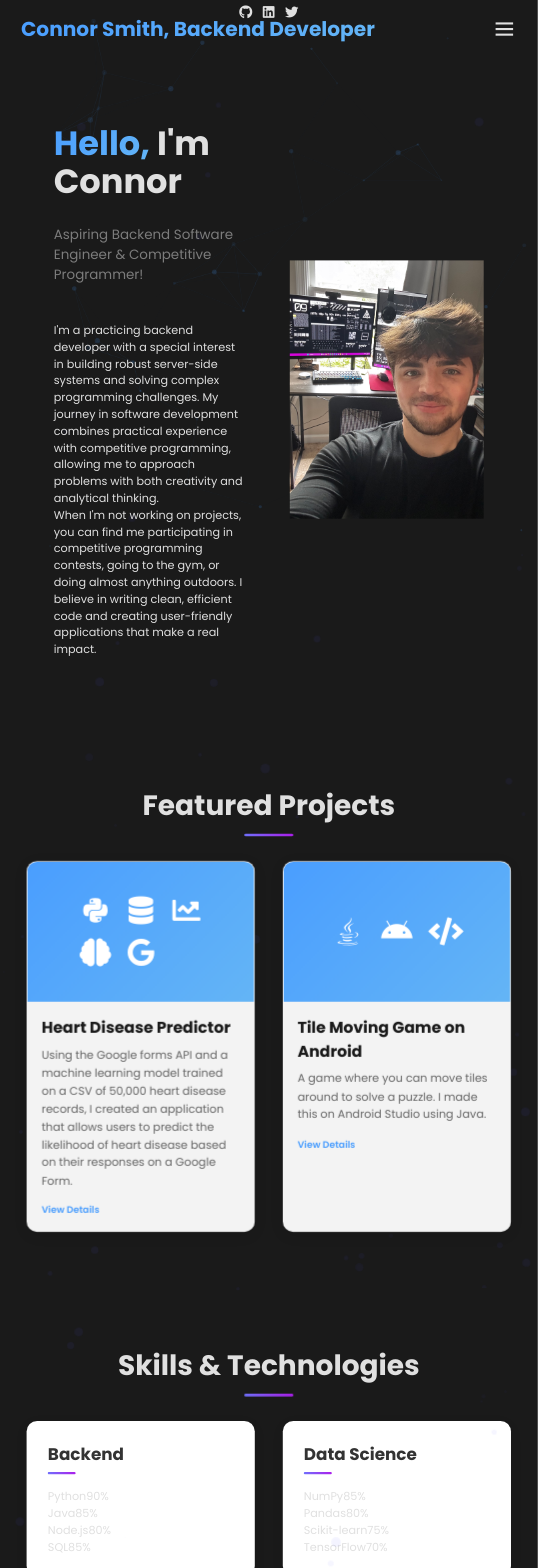
Repository: connorGS9/portfolio-website
Page: /
These files come from the project's save history. The page is drawn as it stood at one moment and after the next save; the edit follows.
The browser window is 768 px wide. The pictures show the part of the page from y = 0 to 2240 px (the page is 4426 px tall before and 5051 px after), at 70% of full size.
The project was rebuilt for these pictures with package versions that can differ from the ones it lists, and the page was loaded fresh each time.

Above is the page before, as saved 2025-06-04 22:58:41.

### public/index.html
<!DOCTYPE html>
<html lang="en">
<head>
  <meta charset="UTF-8" />
  <meta name="viewport" content="width=device-width, initial-scale=1.0" />
  <meta name="description" content="Connor's personal portfolio website showcasing projects and development skills" />
  <title>Connor Smith | Portfolio</title>

  <!-- Font Awesome -->
  <link rel="stylesheet" href="https://cdnjs.cloudflare.com/ajax/libs/font-awesome/5.15.4/css/all.min.css" />

  <!-- Google Fonts -->
  <link rel="preconnect" href="https://fonts.googleapis.com">
  <link rel="preconnect" href="https://fonts.gstatic.com" crossorigin>
  <link href="https://fonts.googleapis.com/css2?family=Poppins:wght@300;400;500;600;700&display=swap" rel="stylesheet">
</head>
<body>
  <noscript>You need to enable JavaScript to run this app.</noscript>
  <div id="root"></div>
</body>
</html>

### src/app.jsx
import React, { useState, useEffect } from 'react';
import { BrowserRouter as Router, Routes, Route } from 'react-router-dom';
import Navbar from './components/Navbar';
import Home from './pages/Home';
import About from './pages/About';
import Projects from './pages/Projects';
import Contact from './pages/Contact';
import Footer from './components/Footer';
import AnimatedCursor from './components/AnimatedCursor';
import BackgroundAnimation from './components/BackgroundAnimation';
import './styles/App.css';

function App() {
  const [isLoading, setIsLoading] = useState(true);

  useEffect(() => {
    // Simulate loading time
    setTimeout(() => {
      setIsLoading(false);
    }, 1500);
  }, []);

  return (
    <Router>
      <div className="app">
        {isLoading ? (
          <div className="loader">
            <div className="loader-content">
              <div className="loader-circle"></div>
              <h2>Loading...</h2>
            </div>
          </div>
        ) : (
          <>
            <AnimatedCursor />
            <BackgroundAnimation />
            <Navbar />
            <main>
              <Routes>
                <Route path="/" element={<Home />} />
                <Route path="/about" element={<About />} />
                <Route path="/projects" element={<Projects />} />
                <Route path="/contact" element={<Contact />} />
              </Routes>
            </main>
            <Footer />
          </>
        )}
      </div>
    </Router>
  );
}

export default App;

### src/components/AnimatedCursor.jsx
import React, { useEffect, useState, useRef } from 'react';
import '../styles/AnimatedCursor.css';

const AnimatedCursor = () => {
  const cursorRef = useRef(null);
  const cursorDotRef = useRef(null);
  const [isVisible, setIsVisible] = useState(false);
  const [isClicked, setIsClicked] = useState(false);
  const [isLinkHovered, setIsLinkHovered] = useState(false);

  useEffect(() => {
    const cursor = cursorRef.current;
    const cursorDot = cursorDotRef.current;

    if (!cursor || !cursorDot) return;

    const onMouseMove = (e) => {
      const clientX = e.clientX;
      const clientY = e.clientY;

      // Position the outer cursor with a slight delay for the trailing effect
      const setPos = () => {
        cursor.style.transform = `translate3d(${clientX}px, ${clientY}px, 0)`;
      };

      // Position the inner dot immediately
      cursorDot.style.transform = `translate3d(${clientX}px, ${clientY}px, 0)`;

      requestAnimationFrame(setPos);

      if (!isVisible) {
        setIsVisible(true);
        cursor.style.opacity = 1;
        cursorDot.style.opacity = 1;
      }
    };

    const onMouseDown = () => {
      setIsClicked(true);
    };

    const onMouseUp = () => {
      setIsClicked(false);
    };

    const onMouseLeave = () => {
      setIsVisible(false);
      cursor.style.opacity = 0;
      cursorDot.style.opacity = 0;
    };

    // Check for interactive elements
    const handleLinkHover = () => {
      setIsLinkHovered(true);
    };

    const handleLinkLeave = () => {
      setIsLinkHovered(false);
    };

    // Add event listeners to links, buttons, and other interactive elements
    const interactiveElements = document.querySelectorAll('a, button, input, textarea, select, [role="button"]');

    interactiveElements.forEach(el => {
      el.addEventListener('mouseenter', handleLinkHover);
      el.addEventListener('mouseleave', handleLinkLeave);
    });

    // Add general mouse event listeners
    document.addEventListener('mousemove', onMouseMove);
    document.addEventListener('mousedown', onMouseDown);
    document.addEventListener('mouseup', onMouseUp);
    document.addEventListener('mouseleave', onMouseLeave);

    // Cleanup
    return () => {
      document.removeEventListener('mousemove', onMouseMove);
      document.removeEventListener('mousedown', onMouseDown);
      document.removeEventListener('mouseup', onMouseUp);
      document.removeEventListener('mouseleave', onMouseLeave);

      interactiveElements.forEach(el => {
        el.removeEventListener('mouseenter', handleLinkHover);
        el.removeEventListener('mouseleave', handleLinkLeave);
      });
    };
  }, [isVisible, isClicked, isLinkHovered]);

  return (
    <>
      <div
        ref={cursorRef}
        className={`cursor ${isClicked ? 'cursor--clicked' : ''} ${isLinkHovered ? 'cursor--link-hovered' : ''}`}
      />
      <div
        ref={cursorDotRef}
        className={`cursor-dot ${isClicked ? 'cursor-dot--clicked' : ''} ${isLinkHovered ? 'cursor-dot--link-hovered' : ''}`}
      />
    </>
  );
};

export default AnimatedCursor;

### src/components/BackgroundAnimation.jsx
import React, { useEffect, useRef } from 'react';
import '../styles/BackgroundAnimation.css';

const BackgroundAnimation = () => {
  const canvasRef = useRef(null);

  useEffect(() => {
    const canvas = canvasRef.current;
    const ctx = canvas.getContext('2d');
    let animationFrameId;
    let particles = [];

    // Particle class
    class Particle {
      constructor() {
        this.x = Math.random() * canvas.width;
        this.y = Math.random() * canvas.height;
        this.size = Math.random() * 3 + 1;
        this.speedX = Math.random() * 0.5 - 0.25;
        this.speedY = Math.random() * 0.5 - 0.25;
        this.color = `rgba(74, 158, 255, ${Math.random() * 0.2 + 0.1})`;
      }

      update() {
        this.x += this.speedX;
        this.y += this.speedY;

        if (this.x < 0 || this.x > canvas.width) this.speedX *= -1;
        if (this.y < 0 || this.y > canvas.height) this.speedY *= -1;
      }

      draw() {
        ctx.fillStyle = this.color;
        ctx.beginPath();
        ctx.arc(this.x, this.y, this.size, 0, Math.PI * 2);
        ctx.fill();
      }
    }

    // Set canvas dimensions
    const resizeCanvas = () => {
      canvas.width = window.innerWidth;
      canvas.height = window.innerHeight;
      initParticles();
    };

    window.addEventListener('resize', resizeCanvas);
    resizeCanvas();

    // Initialize particles
    function initParticles() {
      particles = [];
      const particleCount = Math.floor((canvas.width * canvas.height) / 15000);

      for (let i = 0; i < particleCount; i++) {
        particles.push(new Particle());
      }
    }

    // Connect particles with lines
    function connectParticles() {
      const maxDistance = 150;

      for (let i = 0; i < particles.length; i++) {
        for (let j = i; j < particles.length; j++) {
          const dx = particles[i].x - particles[j].x;
          const dy = particles[i].y - particles[j].y;
          const distance = Math.sqrt(dx * dx + dy * dy);

          if (distance < maxDistance) {
            const opacity = 1 - (distance / maxDistance);
            ctx.strokeStyle = `rgba(74, 158, 255, ${opacity * 0.2})`;
            ctx.lineWidth = 1;
            ctx.beginPath();
            ctx.moveTo(particles[i].x, particles[i].y);
            ctx.lineTo(particles[j].x, particles[j].y);
            ctx.stroke();
          }
        }
      }
    }

    // Animation loop
    function animate() {
      ctx.clearRect(0, 0, canvas.width, canvas.height);

      for (let i = 0; i < particles.length; i++) {
        particles[i].update();
        particles[i].draw();
      }

      connectParticles();
      animationFrameId = requestAnimationFrame(animate);
    }

    animate();

    // Cleanup
    return () => {
      window.removeEventListener('resize', resizeCanvas);
      cancelAnimationFrame(animationFrameId);
    };
  }, []);

  return (
    <div className="background-animation">
      <canvas ref={canvasRef}></canvas>
    </div>
  );
};

export default BackgroundAnimation;

### src/styles/Home.css
.home {
    position: relative;
    padding: 0;
    overflow: hidden;
  }

  /* Particles Animation */
  .particles-container {
    position: absolute;
    top: 0;
    left: 0;
    width: 100%;
    height: 100%;
    z-index: 0;
    overflow: hidden;
    pointer-events: none;
  }

  .particle {
    position: absolute;
    background: rgba(100, 100, 255, 0.1);
    border-radius: 50%;
    animation: float linear infinite;
    transform: scale(0);
    opacity: 0;
  }

  @keyframes float {
    0% {
      transform: scale(0);
      opacity: 0;
    }
    20% {
      transform: scale(1);
      opacity: 0.7;
    }
    100% {
      transform: translateY(-150px) scale(0.5);
      opacity: 0;
    }
  }

  /* Hero Section */
  .hero {
    position: relative;
    min-height: 100vh;
    display: flex;
    align-items: center;
    padding: 100px 10%;
    z-index: 1;
  }

  .hero-content {
    display: grid;
    grid-template-columns: 1fr 1fr;
    gap: 60px;
    align-items: center;
    max-width: 1400px;
    margin: 0 auto;
    width: 100%;
  }

  .hero-text {
    display: flex;
    flex-direction: column;
    gap: 20px;
  }

  .title {
    font-size: 4.5rem;
    margin-bottom: 1rem;
    transform: translateY(20px);
    opacity: 0;
    transition: all 0.8s cubic-bezier(0.175, 0.885, 0.32, 1.275);
    line-height: 1.1;
  }

  .title.animate-in {
    transform: translateY(0);
    opacity: 1;
  }

  .highlight {
    background: linear-gradient(120deg, var(--primary-color), var(--secondary-color));
    background-clip: text;
    -webkit-background-clip: text;
    -webkit-text-fill-color: transparent;
    color: transparent;
  }

  .subtitle {
    font-size: 1.5rem;
    margin-bottom: 2rem;
    color: #7c7c7c;
    transform: translateY(20px);
    opacity: 0;
    transition: all 0.8s cubic-bezier(0.175, 0.885, 0.32, 1.275);
    transition-delay: 0.2s;
  }

  .subtitle.animate-in {
    transform: translateY(0);
    opacity: 1;
  }

  .cta-container {
    display: flex;
    gap: 20px;
    transform: translateY(20px);
    opacity: 0;
    transition: all 0.8s cubic-bezier(0.175, 0.885, 0.32, 1.275);
    transition-delay: 0.4s;
  }

  .cta-container.animate-in {
    transform: translateY(0);
    opacity: 1;
  }

  .cta-button {
    display: inline-block;
    padding: 12px 30px;
    border-radius: 30px;
    font-weight: 600;
    text-decoration: none;
    transition: all 0.3s ease;
    position: relative;
    overflow: hidden;
    z-index: 1;
  }

  .cta-button.primary {
    background: linear-gradient(45deg, #6e72fc, #ad1deb);
    color: white;
    box-shadow: 0 5px 15px rgba(110, 114, 252, 0.4);
  }

  .cta-button.secondary {
    background: transparent;
    color: #333;
    border: 2px solid #6e72fc;
  }

  .cta-button:hover {
    transform: translateY(-3px);
    box-shadow: 0 8px 20px rgba(0, 0, 0, 0.2);
  }

  .cta-button.primary:hover {
    background: linear-gradient(45deg, #5a5cfa, #9b19d9);
  }

  .cta-button.secondary:hover {
    background: rgba(110, 114, 252, 0.1);
  }

  /* Scroll Indicator */
  .scroll-indicator {
    position: absolute;
    bottom: 40px;
    left: 50%;
    transform: translateX(-50%);
    display: flex;
    flex-direction: column;
    align-items: center;
    color: #7c7c7c;
    font-size: 0.9rem;
    opacity: 0.7;
    animation: fadeInUp 1.5s ease 1s forwards;
    opacity: 0;
  }

  @keyframes fadeInUp {
    from {
      opacity: 0;
      transform: translate(-50%, 20px);
    }
    to {
      opacity: 0.7;
      transform: translate(-50%, 0);
    }
  }

  .scroll-arrow {
    width: 20px;
    height: 30px;
    border: 2px solid #7c7c7c;
    border-radius: 15px;
    margin-top: 10px;
    position: relative;
  }

  .scroll-arrow::before {
    content: '';
    position: absolute;
    top: 5px;
    left: 50%;
    width: 6px;
    height: 6px;
    background: #7c7c7c;
    border-radius: 50%;
    transform: translateX(-50%);
    animation: scrollDown 2s infinite;
  }

  @keyframes scrollDown {
    0% {
      opacity: 1;
      transform: translate(-50%, 0);
    }
    75% {
      opacity: 0;
      transform: translate(-50%, 15px);
    }
    100% {
      opacity: 0;
      transform: translate(-50%, 15px);
    }
  }

  /* Featured Projects Section */
  .featured-section {
    position: relative;
    padding: 100px 10%;
    background: transparent;
    overflow: hidden;
  }

  .section-title {
    font-size: 2.5rem;
    margin-bottom: 50px;
    text-align: center;
    position: relative;
  }

  .section-title::after {
    content: '';
    position: absolute;
    bottom: -15px;
    left: 50%;
    transform: translateX(-50%);
    width: 70px;
    height: 4px;
    background: linear-gradient(45deg, #6e72fc, #ad1deb);
    border-radius: 2px;
  }

  .featured-grid {
    position: relative;
    z-index: 1;
    display: grid;
    grid-template-columns: repeat(auto-fit, minmax(300px, 1fr));
    gap: 40px;
  }

  .featured-item {
    background: rgba(255, 255, 255, 0.95);
    backdrop-filter: blur(10px);
    border-radius: 15px;
    overflow: hidden;
    box-shadow: 0 5px 20px rgba(0, 0, 0, 0.1);
    transition: transform 0.3s ease;
    border: 1px solid rgba(255, 255, 255, 0.2);
  }

  .featured-item:hover {
    transform: translateY(-10px);
    box-shadow: 0 10px 30px rgba(0, 0, 0, 0.15);
  }

  .featured-tech {
    height: 200px;
    background: linear-gradient(135deg, var(--primary-color), var(--secondary-color));
    display: flex;
    align-items: center;
    justify-content: center;
    padding: 20px;
  }

  .tech-icons {
    display: grid;
    grid-template-columns: repeat(3, 1fr);
    gap: 20px;
    text-align: center;
  }

  .tech-icons i {
    font-size: 2.5rem;
    color: white;
    transition: transform 0.3s ease;
  }

  .tech-icons i:hover {
    transform: scale(1.2);
  }

  .featured-item h3 {
    padding: 20px 20px 10px;
    font-size: 1.4rem;
    color: var(--dark-color);
  }

  .featured-item p {
    padding: 0 20px;
    color: #666;
    line-height: 1.6;
  }

  .featured-link {
    display: inline-block;
    margin: 20px;
    color: var(--primary-color);
    font-weight: 600;
    text-decoration: none;
    position: relative;
    transition: all 0.3s ease;
    background: none;
    border: none;
    cursor: pointer;
    padding: 0;
  }

  .featured-link::after {
    content: '';
    position: absolute;
    bottom: -3px;
    left: 0;
    width: 0;
    height: 2px;
    background: var(--primary-color);
    transition: width 0.3s ease;
  }

  .featured-link:hover {
    color: var(--secondary-color);
  }

  .featured-link:hover::after {
    width: 100%;
    background: var(--secondary-color);
  }

  /* Skills Section */
  .skills-section {
    padding: 100px 10%;
  }

  .skills-grid {
    display: grid;
    grid-template-columns: repeat(auto-fit, minmax(250px, 1fr));
    gap: 40px;
  }

  .skill-category {
    background: white;
    border-radius: 15px;
    padding: 30px;
    box-shadow: 0 5px 20px rgba(0, 0, 0, 0.05);
    transition: all 0.3s ease;
  }

  .skill-category:hover {
    transform: translateY(-5px);
    box-shadow: 0 10px 30px rgba(0, 0, 0, 0.1);
  }

  .skill-category h3 {
    font-size: 1.5rem;
    margin-bottom: 20px;
    color: #333;
    position: relative;
    padding-bottom: 10px;
  }

  .skill-category h3::after {
    content: '';
    position: absolute;
    bottom: 0;
    left: 0;
    width: 40px;
    height: 3px;
    background: linear-gradient(45deg, #6e72fc, #ad1deb);
    border-radius: 1.5px;
  }

  .skill-category ul {
    list-style: none;
    padding: 0;
  }

  .skill-category li {
    padding: 8px 0;
    color: #555;
    position: relative;
    padding-left: 20px;
  }

  .skill-category li::before {
    content: '•';
    position: absolute;
    left: 0;
    color: #6e72fc;
    font-size: 1.5rem;
    line-height: 1;
  }

  /* Responsive Styles */
  @media (max-width: 768px) {
    .title {
      font-size: 3rem;
    }

    .subtitle {
      font-size: 1.2rem;
    }

    .cta-container {
      flex-direction: column;
      gap: 15px;
    }

    .featured-section,
    .skills-section {
      padding: 80px 5%;
    }
  }

  @media (max-width: 480px) {
    .title {
      font-size: 2.5rem;
    }

    .featured-grid,
    .skills-grid {
      grid-template-columns: 1fr;
    }
  }

  /* Contact Section */
  .contact-section {
    position: relative;
    padding: 100px 10%;
    background: transparent;
    overflow: hidden;
  }

  .contact-content {
    position: relative;
    z-index: 1;
    max-width: 1200px;
    margin: 0 auto;
    display: grid;
    grid-template-columns: 1fr;
    gap: 40px;
  }

  .contact-info {
    background: rgba(255, 255, 255, 0.95);
    backdrop-filter: blur(10px);
    padding: 40px;
    border-radius: 15px;
    box-shadow: 0 5px 20px rgba(0, 0, 0, 0.1);
    border: 1px solid rgba(255, 255, 255, 0.2);
  }

  .contact-info h3 {
    font-size: 1.8rem;
    margin-bottom: 20px;
    color: var(--text-color);
  }

  .contact-info p {
    color: var(--light-text-color);
    margin-bottom: 30px;
    line-height: 1.6;
  }

  .contact-links {
    display: flex;
    flex-direction: column;
    gap: 15px;
  }

  .contact-link {
    display: flex;
    align-items: center;
    gap: 10px;
    color: var(--text-color);
    text-decoration: none;
    transition: var(--transition);
    padding: 10px;
    border-radius: 8px;
    background: rgba(255, 255, 255, 0.05);
  }

  .contact-link:hover {
    background: rgba(255, 255, 255, 0.1);
    transform: translateX(10px);
  }

  .contact-link i {
    font-size: 1.2rem;
    color: var(--primary-color);
  }

  @media (max-width: 768px) {
    .contact-section {
      padding: 80px 5%;
    }

    .contact-info {
      padding: 30px;
    }

    .contact-info h3 {
      font-size: 1.5rem;
    }
  }

  @media (max-width: 480px) {
    .contact-section {
      padding: 60px 5%;
    }

    .contact-info {
      padding: 20px;
    }

    .contact-link {
      font-size: 0.9rem;
    }
  }

### src/styles/AnimatedCursor.css
body {
    cursor: none;
  }

  /* But keep default cursor on touch devices */
  @media (pointer: coarse) {
    body {
      cursor: auto;
    }

    .cursor, .cursor-dot {
      display: none;
    }
  }

  /* Custom cursor styles */
  .cursor {
    position: fixed;
    width: 40px;
    height: 40px;
    pointer-events: none;
    z-index: 999;
    opacity: 0;
    mix-blend-mode: difference;
  }

  .cursor::before,
  .cursor::after {
    content: '';
    position: absolute;
    background-color: #4a9eff;
    opacity: 0.8;
  }

  .cursor::before {
    width: 2px;
    height: 20px;
    left: 50%;
    top: 50%;
    transform: translate(-50%, -50%);
  }

  .cursor::after {
    width: 20px;
    height: 2px;
    left: 50%;
    top: 50%;
    transform: translate(-50%, -50%);
  }


  /* Cursor states */
  .cursor--clicked::before,
  .cursor--clicked::after {
    opacity: 0.5;
    transform: translate(-50%, -50%) scale(0.8);
  }

  .cursor--link-hovered::before,
  .cursor--link-hovered::after {
    opacity: 1;
    transform: translate(-50%, -50%) scale(1.2);
  }

### src/styles/BackgroundAnimation.css
.background-animation {
    position: fixed;
    top: 0;
    left: 0;
    width: 100%;
    height: 100%;
    z-index: -1;
    opacity: 0.6;
  }

  .background-animation canvas {
    display: block;
  }

Loaded but not shown: src/index.js (10 lines, source omitted); src/pages/Home.jsx (315 lines, source omitted); src/styles/Footer.css (254 lines, source omitted); src/components/Footer.jsx (106 lines, source omitted); src/styles/Navbar.css (201 lines, source omitted); src/components/Navbar.jsx (121 lines, source omitted); src/styles/App.css (194 lines, source omitted); src/pages/About.jsx (empty); src/pages/Projects.jsx (empty); src/pages/Contact.jsx (empty)

After the next save:
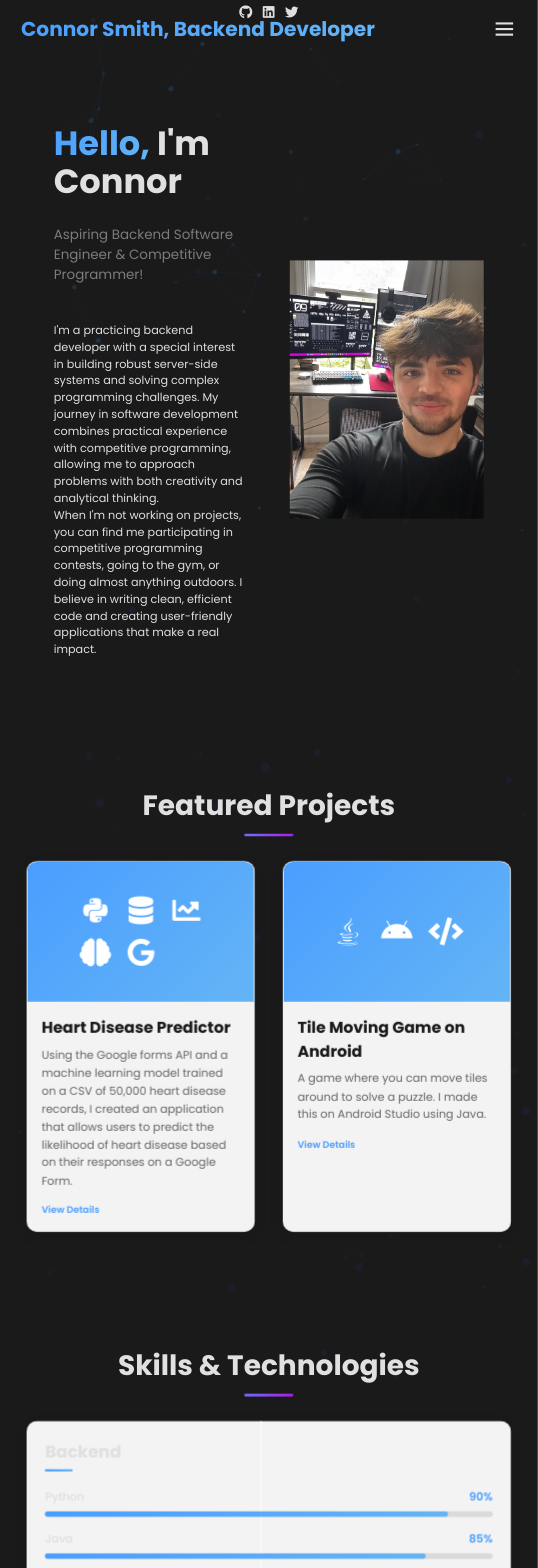
Saved 12 s later.
--- a/src/styles/Home.css
+++ b/src/styles/Home.css
@@ -343,31 +343,29 @@
   /* Skills Section */
   .skills-section {
     padding: 100px 10%;
+    background: transparent;
   }
 
   .skills-grid {
     display: grid;
-    grid-template-columns: repeat(auto-fit, minmax(250px, 1fr));
+    grid-template-columns: repeat(3, 1fr);
     gap: 40px;
+    margin-top: 40px;
   }
 
   .skill-category {
-    background: white;
+    background: rgba(255, 255, 255, 0.95);
+    backdrop-filter: blur(10px);
+    padding: 30px;
     border-radius: 15px;
-    padding: 30px;
-    box-shadow: 0 5px 20px rgba(0, 0, 0, 0.05);
-    transition: all 0.3s ease;
-  }
-
-  .skill-category:hover {
-    transform: translateY(-5px);
-    box-shadow: 0 10px 30px rgba(0, 0, 0, 0.1);
+    box-shadow: 0 5px 20px rgba(0, 0, 0, 0.1);
+    border: 1px solid rgba(255, 255, 255, 0.2);
   }
 
   .skill-category h3 {
     font-size: 1.5rem;
-    margin-bottom: 20px;
-    color: #333;
+    margin-bottom: 25px;
+    color: var(--text-color);
     position: relative;
     padding-bottom: 10px;
   }
@@ -379,29 +377,49 @@
     left: 0;
     width: 40px;
     height: 3px;
-    background: linear-gradient(45deg, #6e72fc, #ad1deb);
+    background: linear-gradient(45deg, var(--primary-color), var(--secondary-color));
     border-radius: 1.5px;
   }
 
-  .skill-category ul {
-    list-style: none;
-    padding: 0;
-  }
-
-  .skill-category li {
-    padding: 8px 0;
-    color: #555;
-    position: relative;
-    padding-left: 20px;
-  }
-
-  .skill-category li::before {
-    content: '•';
-    position: absolute;
-    left: 0;
-    color: #6e72fc;
-    font-size: 1.5rem;
-    line-height: 1;
+  .skill-items {
+    display: flex;
+    flex-direction: column;
+    gap: 20px;
+  }
+
+  .skill-item {
+    width: 100%;
+  }
+
+  .skill-info {
+    display: flex;
+    justify-content: space-between;
+    margin-bottom: 8px;
+  }
+
+  .skill-info span:first-child {
+    font-weight: 500;
+    color: var(--text-color);
+  }
+
+  .skill-info span:last-child {
+    color: var(--primary-color);
+    font-weight: 600;
+  }
+
+  .skill-bar {
+    width: 100%;
+    height: 8px;
+    background: rgba(0, 0, 0, 0.1);
+    border-radius: 4px;
+    overflow: hidden;
+  }
+
+  .skill-progress {
+    height: 100%;
+    background: linear-gradient(45deg, var(--primary-color), var(--secondary-color));
+    border-radius: 4px;
+    transition: width 1s ease-in-out;
   }
 
   /* Responsive Styles */
@@ -433,6 +451,22 @@
     .featured-grid,
     .skills-grid {
       grid-template-columns: 1fr;
+    }
+  }
+
+  @media (max-width: 992px) {
+    .skills-grid {
+      grid-template-columns: repeat(2, 1fr);
+    }
+  }
+
+  @media (max-width: 768px) {
+    .skills-grid {
+      grid-template-columns: 1fr;
+    }
+
+    .skill-category {
+      padding: 25px;
     }
   }
 
